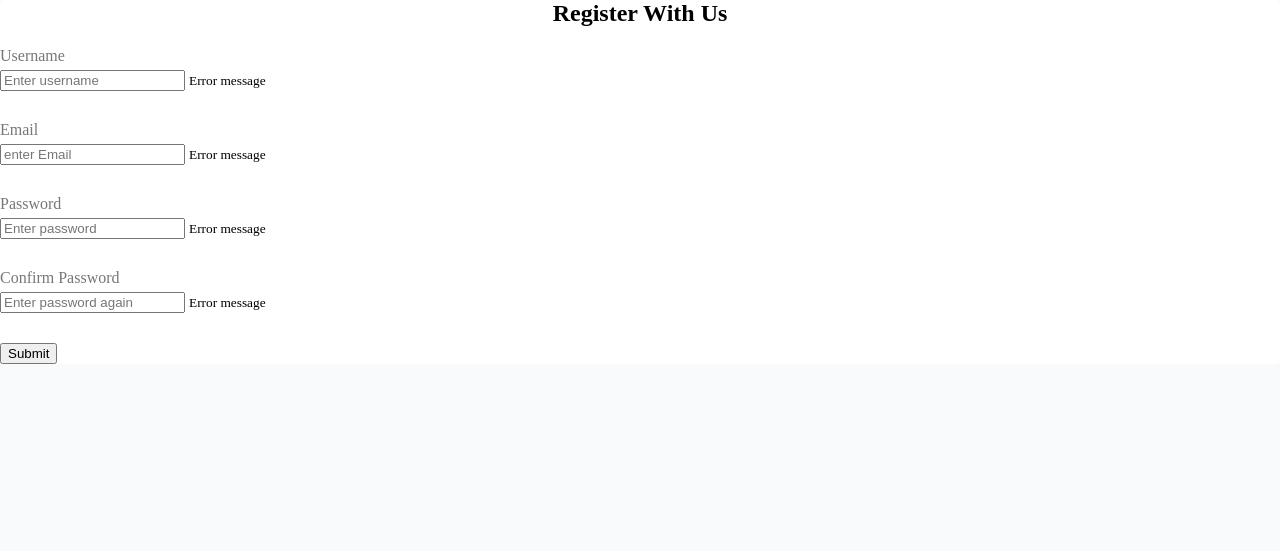
Repository: atko87/Form-Validator-Intro-
Page: index.html
These files come from the project's save history. The page is drawn as it stood at one moment and after the next save; the edit follows.
The browser window is 1280 px wide. The pictures show the whole page.

Above is the page before, as saved 2020-03-07 23:01:57.

After the next save:
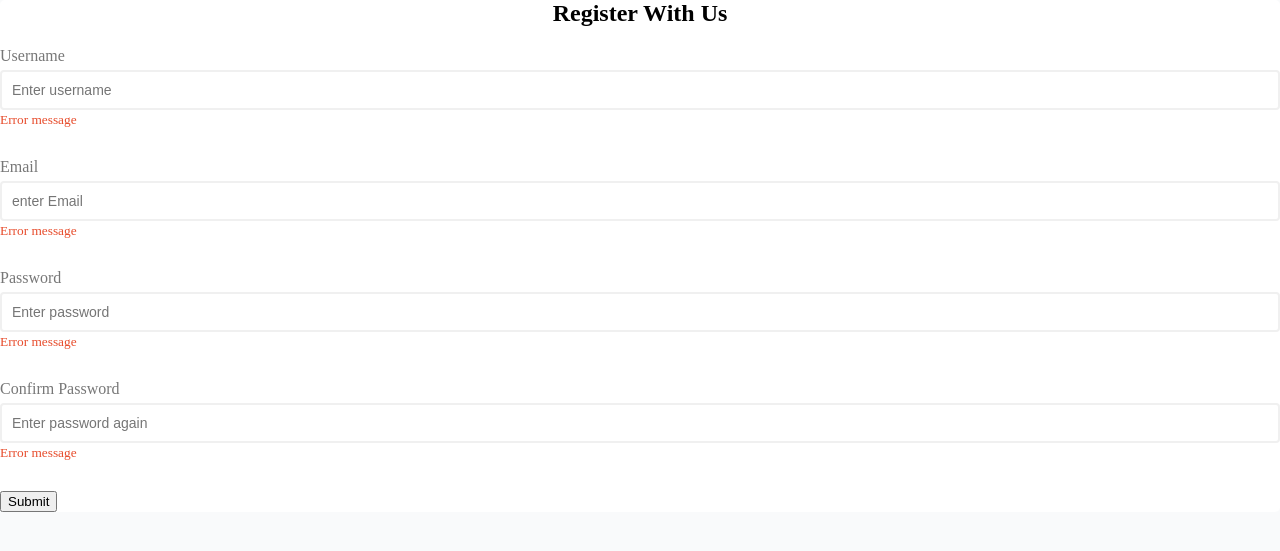
Saved 8 min 49 s later.
--- a/style.css
+++ b/style.css
@@ -38,3 +38,28 @@ h2 {
   display: block;
   margin-bottom: 5px;
 }
+.form-control input {
+  border: 2px solid #f0f0f0;
+  border-radius: 4px;
+  display: block;
+  width: 100%;
+  padding: 10px;
+  font-size: 14px;
+}
+
+.form-control input:focus {
+  outline: 0;
+  border-color: #777;
+}
+
+.form-control.success input {
+  border-color: #2ecc71;
+}
+
+.form-control.error input {
+  border-color: #e74c2c;
+}
+
+.form-control small {
+  color: #e74c2c;
+}
